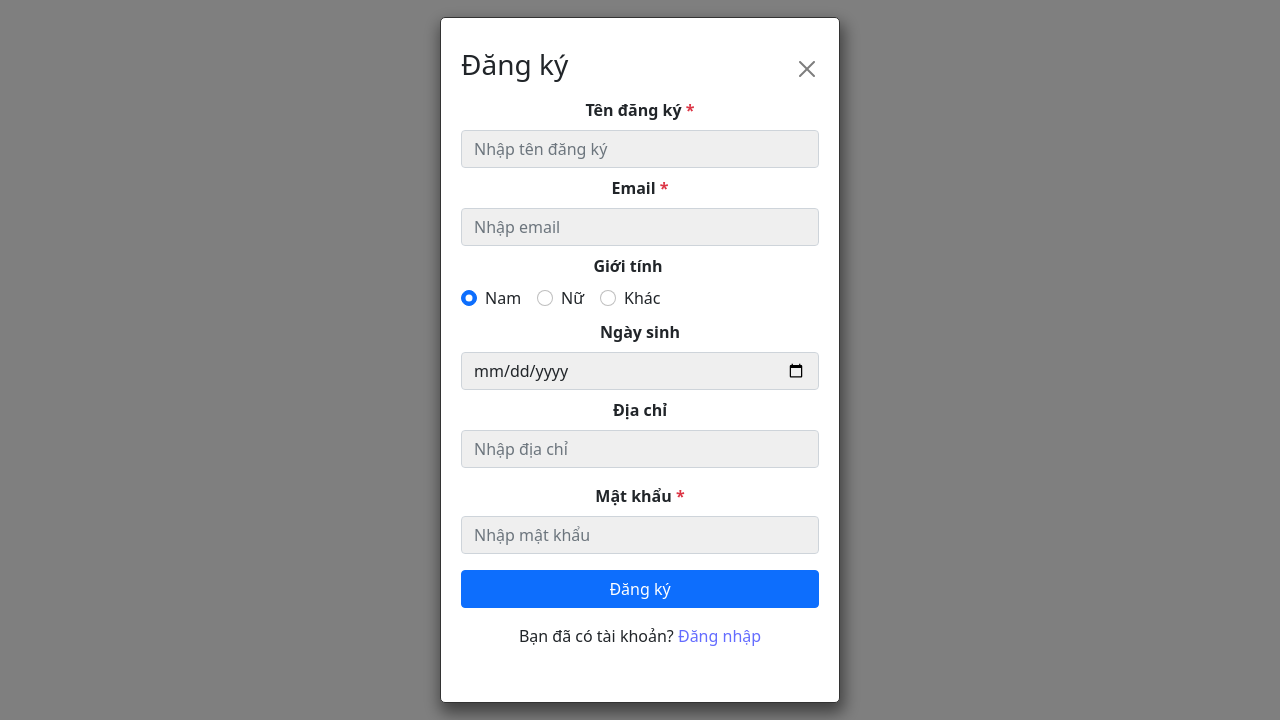
Repository: TinhTT336/MD02_Session12
Page: / (app in client/)
The author's editor kept a copy of each file at every save. The page is drawn from the files as they stood at one save, then again after the next save.
The browser window is 1280 px wide. The pictures show the whole page.
The project was rebuilt for these pictures with package versions that can differ from the ones it lists, and the page was loaded fresh each time. Also part of the build but not shown: client/vite.config.js, client/src/utils/formatData.js, client/src/components/admin/manager-product/FormAdd.jsx, client/src/components/admin/manager-product/FormEdit.jsx, client/src/pages/product/ListProduct.jsx, client/src/components/admin/manager-user/FormAddUser.jsx, client/src/components/admin/manager-user/FormEditUser.jsx, client/src/components/base/loading.css and 4 more.

Above is the page before, as saved 2023-09-12 17:00:09.

After the next save:
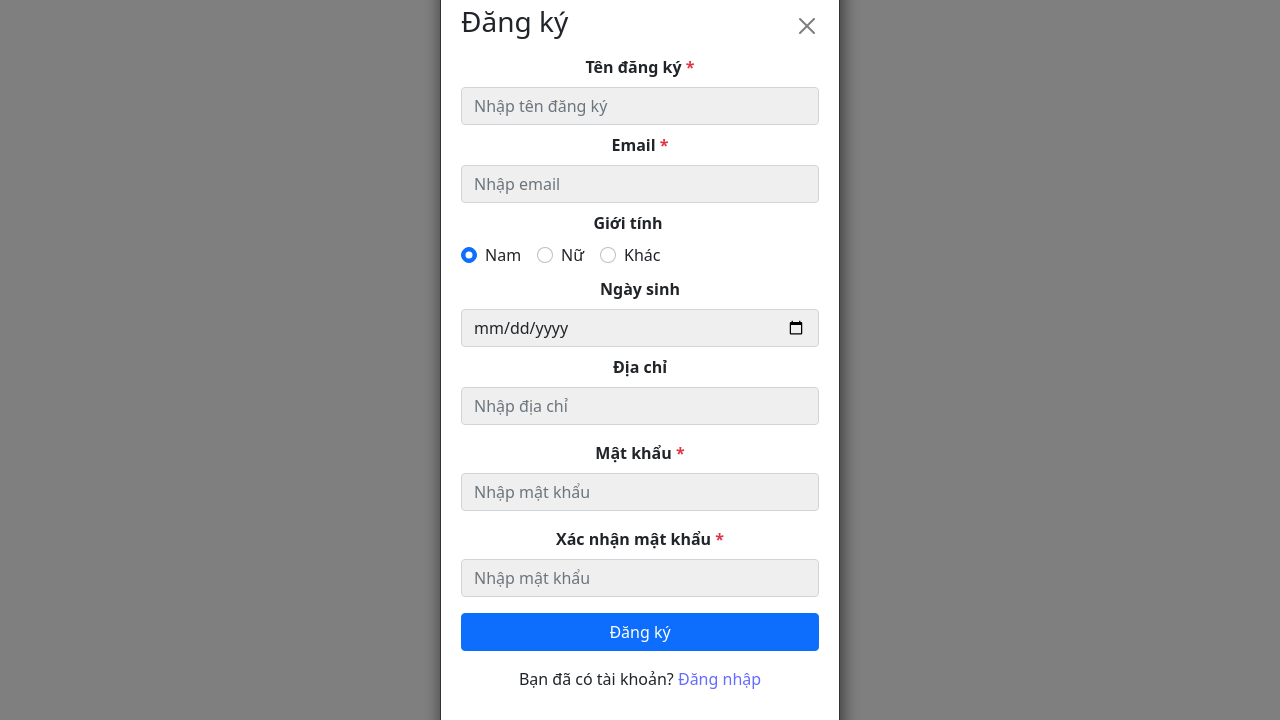
Saved 76 s later.
--- a/client/src/pages/user/register/Register.jsx
+++ b/client/src/pages/user/register/Register.jsx
@@ -165,6 +165,12 @@ export default function Register() {
                             onChange={handleInputChange} value={user.password} />
                         {passwordError && <div className='text-err mt-1'>Mật khẩu không được để trống</div>}
                     </div>
+                    <div className='form-group mb-3'>
+                        <label className='form-label' htmlFor="confirmPassword">Xác nhận mật khẩu <span className="text-danger">*</span></label>
+                        <input className={`form-control ${passwordError && border - err}`} type="password" name="confirmPassword" id="confirmPassword" placeholder='Nhập mật khẩu'
+                            onChange={handleInputChange} value={user.confirmPassword} />
+                        {passwordError && <div className='text-err mt-1'>Mật khẩu không được để trống</div>}
+                    </div>
                     <div className='mb-2'>
                         <button className='btn btn-primary w-100'>Đăng ký</button>
                     </div>
